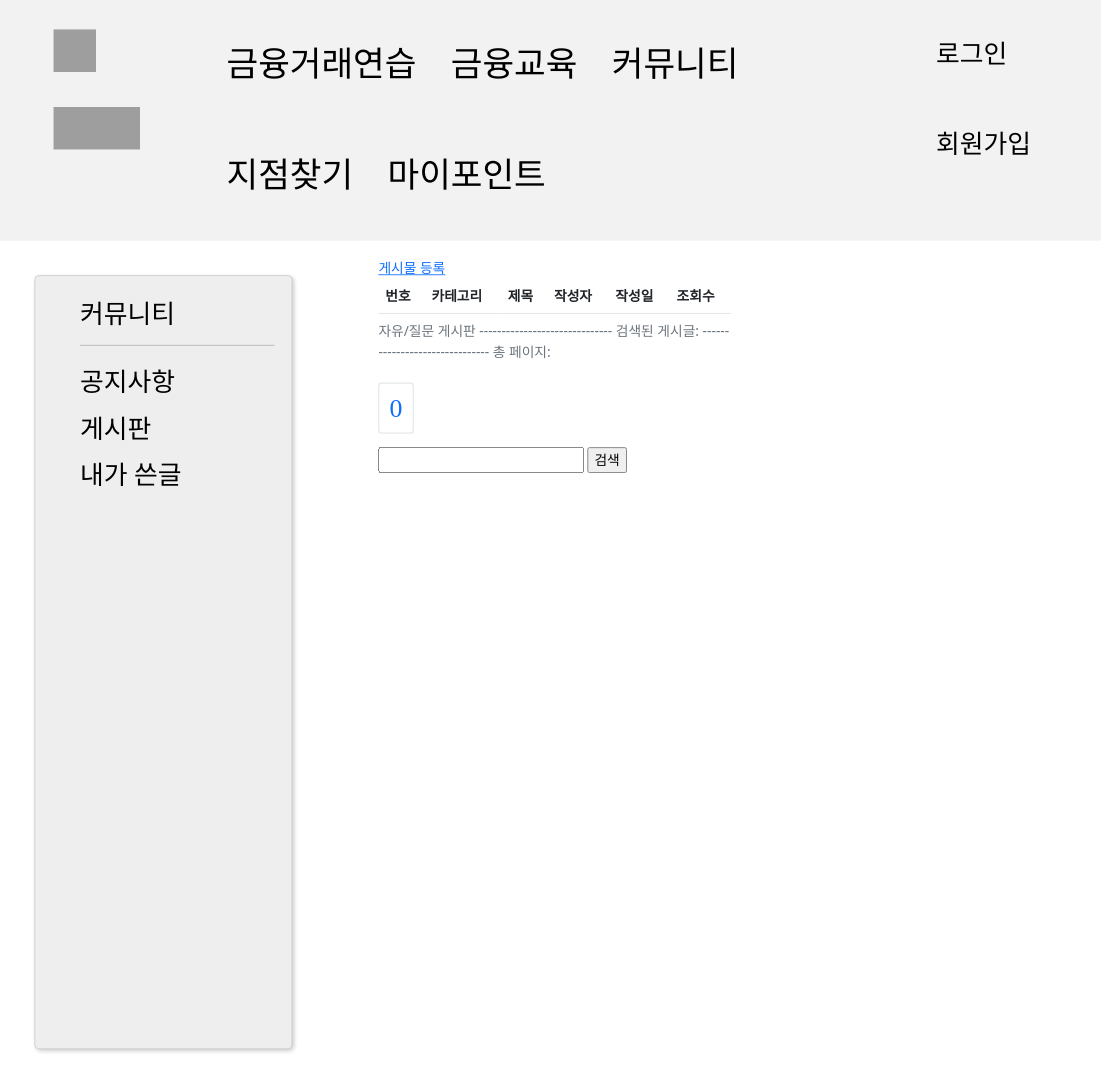
Repository: syc98syc/KB04_TeamProject
Page: http://localhost/jgig/WEB-INF/jsp/board/my_list.jsp
These files come from the project's save history. The page is drawn as it stood at one moment and after the next save; the edit follows.
The browser window is 1280 px wide. The pictures show the whole page, at 86% of full size.
Pictures or frames that could not be fetched are drawn as grey boxes. Some web fonts or font styles are not loaded; a fallback is used. The page is served by Tomcat 9. Nobody is signed in. The template is opened directly, without the code that normally fills it, so the values that code supplies are empty.

Above is the page before, as saved 2023-09-11 00:35:33.

After the next save:
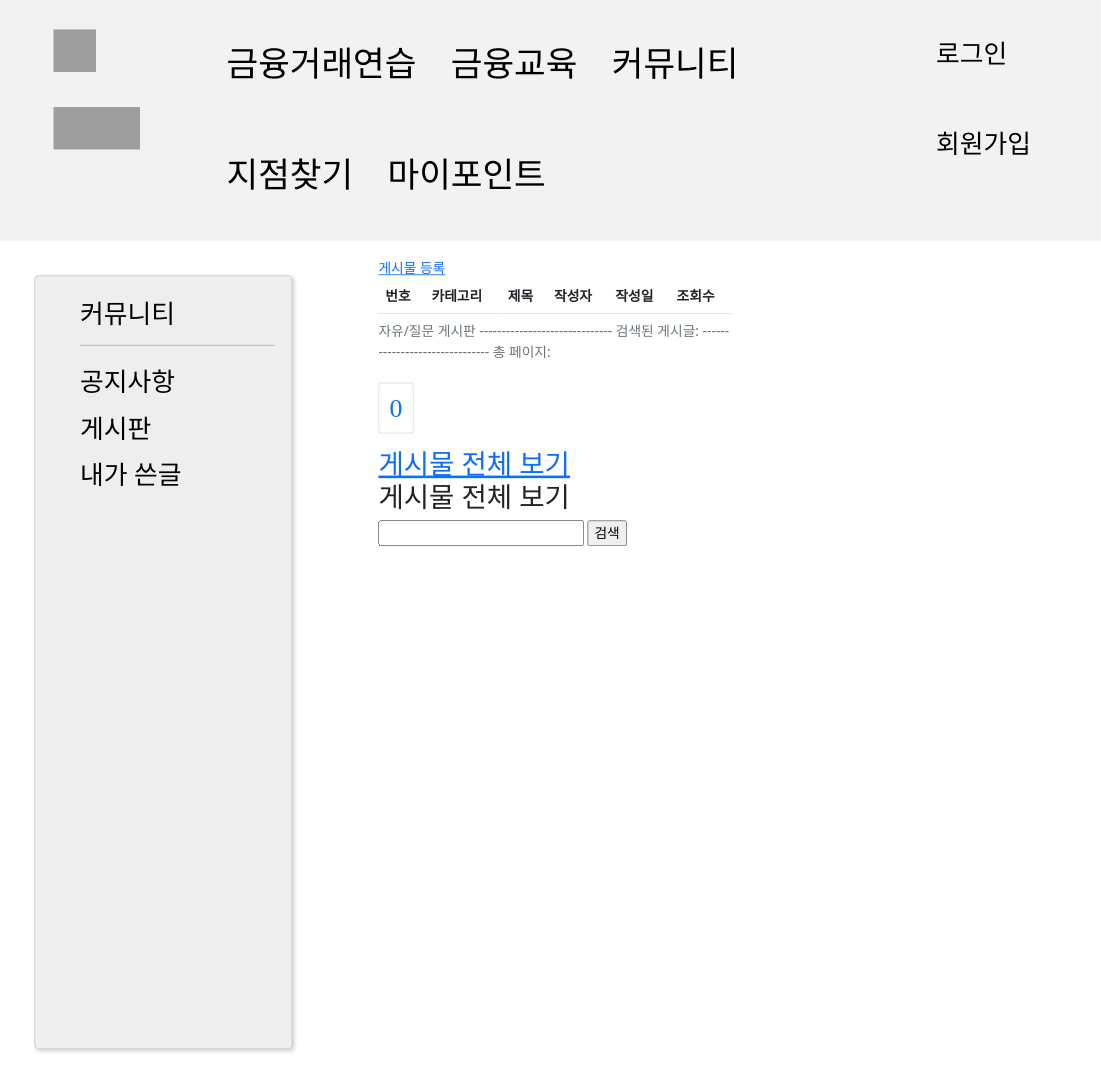
Saved 53 s later.
--- a/jgig/src/main/webapp/WEB-INF/jsp/board/my_list.jsp
+++ b/jgig/src/main/webapp/WEB-INF/jsp/board/my_list.jsp
@@ -55,6 +55,7 @@
   </ul>
 </nav>
 
+  <h2><a href="board_list">게시물 전체 보기</a> <br>게시물 전체 보기</h2>
   <form action="board_search_action" method="get">
 		<fieldset>
 			<input type="text" name="keyword">
